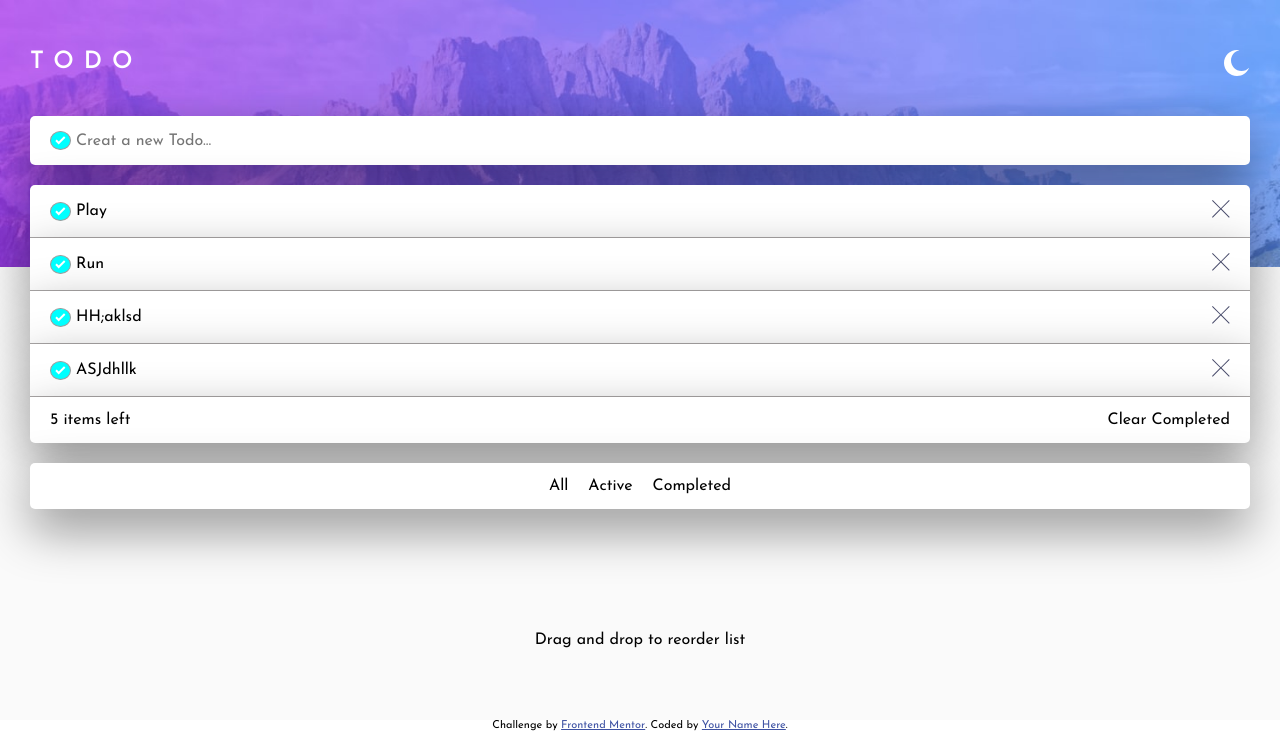
Repository: Baraajad231/Todo-app
Page: /
An editor plug-in stored every save of this project. The page is shown before and after the next save, followed by the edit.
The browser window is 1280 px wide. The pictures show the whole page.
The project was rebuilt for these pictures with package versions that can differ from the ones it lists, and the page was loaded fresh each time. Also part of the build but not shown: vite.config.js.

Above is the page before, as saved 2025-12-28 02:11:32.

### index.html
<!DOCTYPE html>
<html lang="en">
  <head>
    <meta charset="UTF-8" />
    <meta name="viewport" content="width=device-width, initial-scale=1.0" />
    <!-- displays site properly based on user's device -->

    <link
      rel="icon"
      type="image/png"
      sizes="32x32"
      href="./images/favicon-32x32.png"
    />

    <title>Frontend Mentor | Todo app</title>

    <!-- Feel free to remove these styles or customise in your own stylesheet 👍 -->
    <style>
      .attribution {
        font-size: 11px;
        text-align: center;
      }
      .attribution a {
        color: hsl(228, 45%, 44%);
      }
    </style>

    <link rel="preconnect" href="https://fonts.googleapis.com" />
    <link rel="preconnect" href="https://fonts.gstatic.com" crossorigin />
    <link
      href="https://fonts.googleapis.com/css2?family=Josefin+Sans:ital,wght@0,100..700;1,100..700&display=swap"
      rel="stylesheet"
    />

    <link rel="stylesheet" href="./styles/style.scss" />
  </head>
  <body>
    <div class="container">
      <picture class="background-Wrapper">
        <source
          media="(min-width:465px)"
          srcset="images/bg-desktop-light.jpg"
        />
        <img
          src="images/bg-mobile-light.jpg"
          alt="bg-mobile-light"
          class="background background-light"
        />
      </picture>

      <div class="todo">
        <div class="todo__header">
          <h1 class="todo__title">TODO</h1>
          <img src="images/icon-moon.svg" alt="moon icon" class="todo__theme" />
        </div>
        <ul class="todo__list">
          <li class="todo__list__row todo__list__row-input">
            <span class="checkbox">
              <img
                src="./images/icon-check.svg"
                alt="check"
                class="checkbox__icon"
              />
            </span>
            <input
              type="text"
              placeholder="Creat a new Todo..."
              class="todo__list__input"
            />
          </li>

          <li class="todo__list__row">
            <span class="checkbox">
              <img
                src="./images/icon-check.svg"
                alt="check"
                class="checkbox__icon"
              />
            </span>
            <span class="todo__list__task">Play</span>
            <span class="remove-btn">
              <img src="./images/icon-cross.svg" alt="" class="remove-icon"
            /></span>
          </li>
          <li class="todo__list__row">
            <span class="checkbox">
              <img
                src="./images/icon-check.svg"
                alt="check"
                class="checkbox__icon"
              />
            </span>
            <span class="todo__list__task">Run</span>
            <span class="remove-btn">
              <img src="./images/icon-cross.svg" alt="" class="remove-icon"
            /></span>
          </li>
          <li class="todo__list__row">
            <span class="checkbox">
              <img
                src="./images/icon-check.svg"
                alt="check"
                class="checkbox__icon"
              />
            </span>
            <span class="todo__list__task">HH;aklsd</span>
            <span class="remove-btn">
              <img src="./images/icon-cross.svg" alt="" class="remove-icon"
            /></span>
          </li>
          <li class="todo__list__row">
            <span class="checkbox">
              <img
                src="./images/icon-check.svg"
                alt="check"
                class="checkbox__icon"
              />
            </span>
            <span class="todo__list__task">ASJdhllk</span>
            <span class="remove-btn">
              <img src="./images/icon-cross.svg" alt="" class="remove-icon"
            /></span>
          </li>
          <li class="todo__list__row todo__list__row--meta">
            <div class="todo__items-left">
              <span class="todo__items-count">5</span>
              <span class="todo__items-text">items left</span>
            </div>

            <button class="todo__list-clear button">Clear Completed</button>
          </li>

          <li class="todo__list__row todo__list__row--filter">
            <button class="todo__list-all">All</button>
            <button class="todo__list-active">Active</button>
            <button class="todo__list-completed">Completed</button>
          </li>
        </ul>
      </div>
    </div>
    <p class="note">Drag and drop to reorder list</p>

    <div class="attribution">
      Challenge by
      <a href="https://www.frontendmentor.io?ref=challenge" target="_blank"
        >Frontend Mentor</a
      >. Coded by <a href="#">Your Name Here</a>.
    </div>
  </body>
</html>

### styles/style.scss
/*variables*/
:root {
  /* ===== Brand / Primary ===== */
  --color-primary: hsl(220, 98%, 61%);
  --gradient-check: linear-gradient(hsl(192, 100%, 67%), hsl(280, 87%, 65%));

  /* ===== Typography ===== */
  --font-family-base: "Josefin Sans", sans-serif;
  --font-size-base: 18px;
  --font-weight-regular: 400;
  --font-weight-bold: 700;
  // }

  // :root[data-theme="light"] {
  --color-bg: hsl(0, 0%, 98%);
  --color-surface: #ffffff;

  --color-text-primary: hsl(235, 19%, 35%);
  --color-text-secondary: hsl(236, 9%, 61%);

  --color-border: hsl(233, 11%, 84%);
  --color-muted: hsl(234, 39%, 85%);
  // }

  // :root[data-theme="dark"] {
  // --color-bg: hsl(235, 21%, 11%);
  // --color-surface: hsl(235, 24%, 19%);

  // --color-text-primary: hsl(234, 39%, 85%);
  // --color-text-secondary: hsl(236, 9%, 61%);

  // --color-border: hsl(237, 14%, 26%);
  // --color-muted: hsl(233, 14%, 35%);
}

/* Reset */
* {
  margin: 0;
  padding: 0;
  font: inherit;
}

*,
*::after,
*::before {
  box-sizing: border-box;
}

a {
  color: inherit;
  display: inline-block;
}

button,
[type="submit"] {
  background-color: transparent;
  border: none;
  cursor: pointer;
}

ul,
ol {
  list-style: none;
}

html {
  font-size: 62.5%;
}

body {
  font-size: 1.6rem;
  font-family: "Josefin Sans";
  color: black;
}
/* End Reset */

/*container*/
.container {
  position: relative;
  height: 100vh;
  background-color: var(--color-bg);
}
.background {
  width: 100vw;
}

.todo {
  display: flex;
  flex-direction: column;
  gap: 4rem;
  position: absolute;
  top: 0;
  width: calc(100% - 6rem);
  margin: 5rem 3rem;

  &__header {
    display: flex;
    justify-content: space-between;
    .todo__title {
      font-size: 2.4rem;
      color: white;
      letter-spacing: 1rem;
      font-weight: 600;
    }
  }

  &__list {
    &__row {
      background-color: white;
      padding: 1.5rem 2rem;
      display: flex;
      align-items: center;

      box-shadow: 0 2rem 5rem 0.001rem rgba(0, 0, 0, 0.437);
      &:nth-child(2) {
        border-radius: 0.5rem 0.5rem 0 0;
      }

      & .checkbox {
        border: 1px solid rgb(156, 155, 155);
        border-radius: 50%;
        background-color: aqua;
        margin-right: 0.5rem;
        display: flex;
        align-items: center;
        justify-content: center;

        &__icon {
          padding: 0.4rem;
        }
      }

      & .todo__list__task {
        margin-right: auto;
      }
      &-input {
        margin-bottom: 2rem;

        & .todo__list__input {
          border: none;

          &:focus {
            outline: none;
            caret-color: aqua;
          }
        }
      }

      &:not(&-input, &--filter, &--meta) {
        border-bottom: 1px solid rgb(170, 167, 167);
      }

      &--meta {
        display: flex;
        justify-content: space-between;

        border-radius: 0 0 0.5rem 0.5rem;
      }

      &--filter {
        display: flex;
        justify-content: center;
        gap: 2rem;
        margin-top: 2rem;
      }
      &--filter,
      &-input {
        border-radius: 0.5rem;
      }
    }
  }
}

.note {
  position: absolute;
  bottom: 10%;
  left: 50%;
  transform: translateX(-50%);
  width: max-content;
}

After the next save:
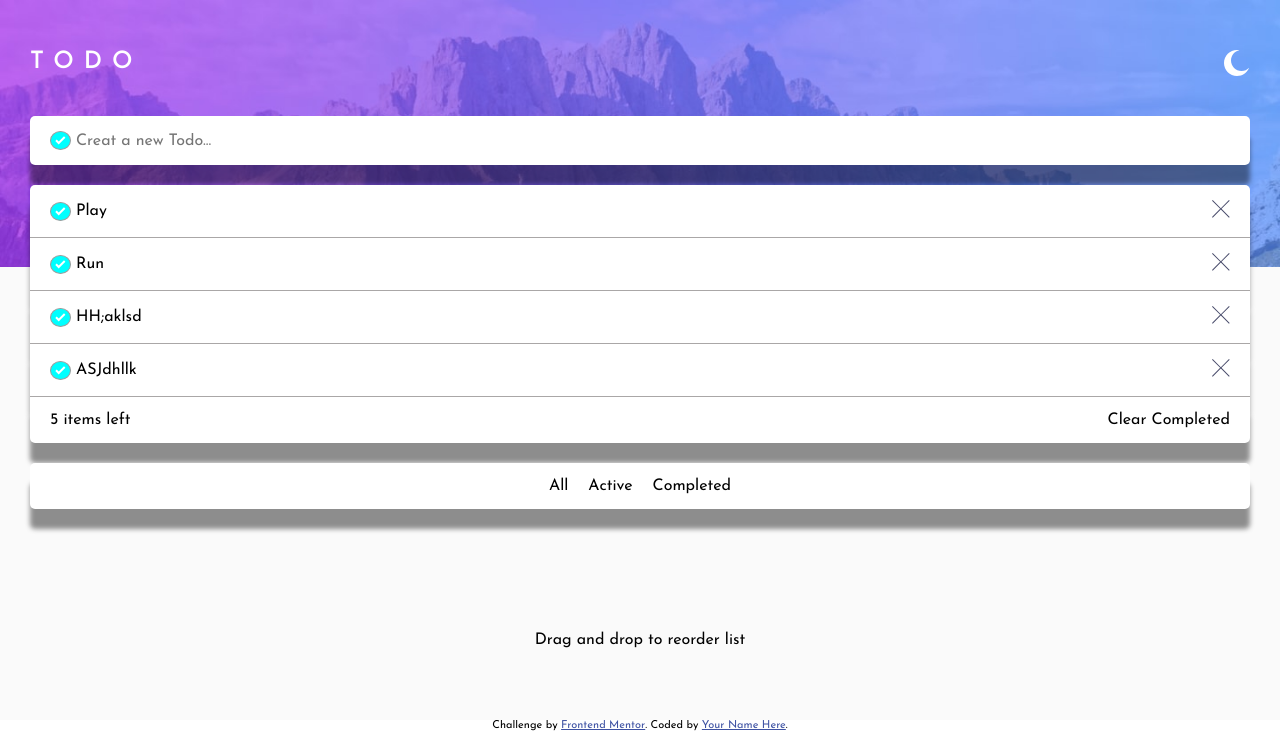
Saved 4 s later.
--- a/styles/style.scss
+++ b/styles/style.scss
@@ -111,7 +111,7 @@ body {
       display: flex;
       align-items: center;
 
-      box-shadow: 0 2rem 5rem 0.001rem rgba(0, 0, 0, 0.437);
+      box-shadow: 0 2rem 0.55rem 0.001rem rgba(0, 0, 0, 0.437);
       &:nth-child(2) {
         border-radius: 0.5rem 0.5rem 0 0;
       }
